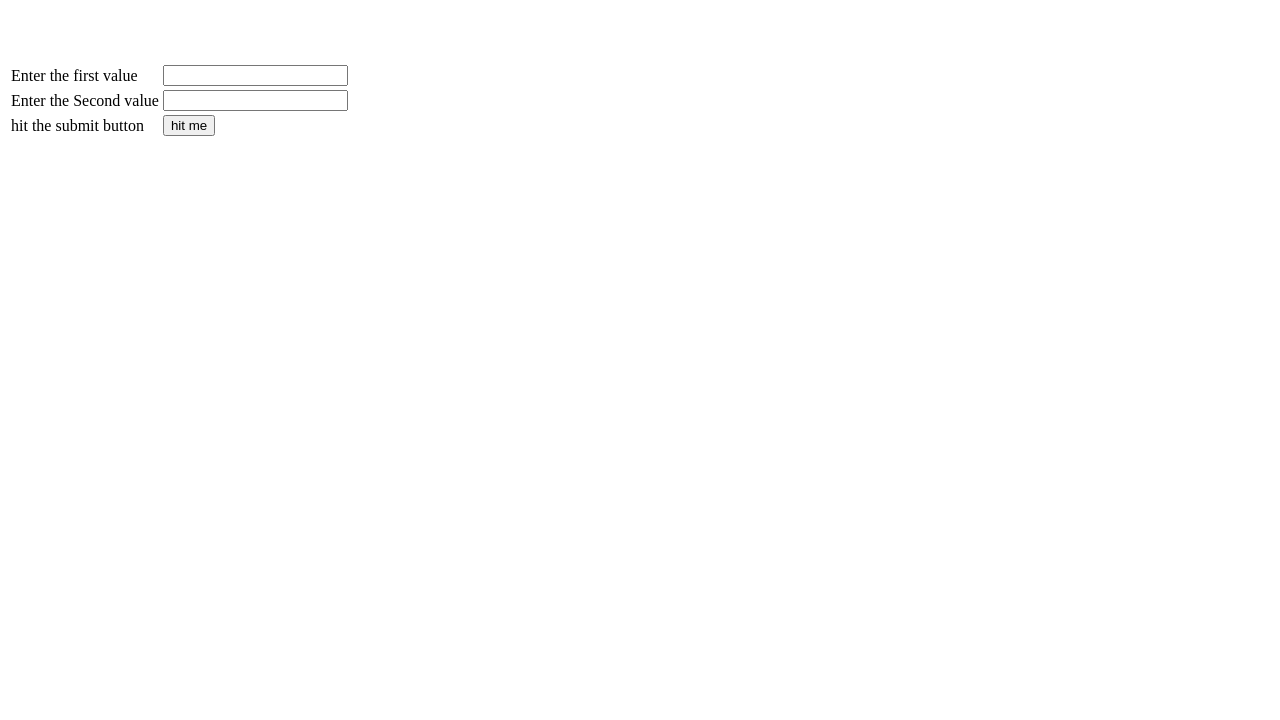
Repository: dhanasekar13/servlet
Page: mystore/war/login.html
The author's editor kept a copy of each file at every save. The page is drawn from the files as they stood at one save, then again after the next save.
The browser window is 1280 px wide. The pictures show the whole page.

Above is the page before, as saved 2017-05-08 19:00:31.

After the next save:
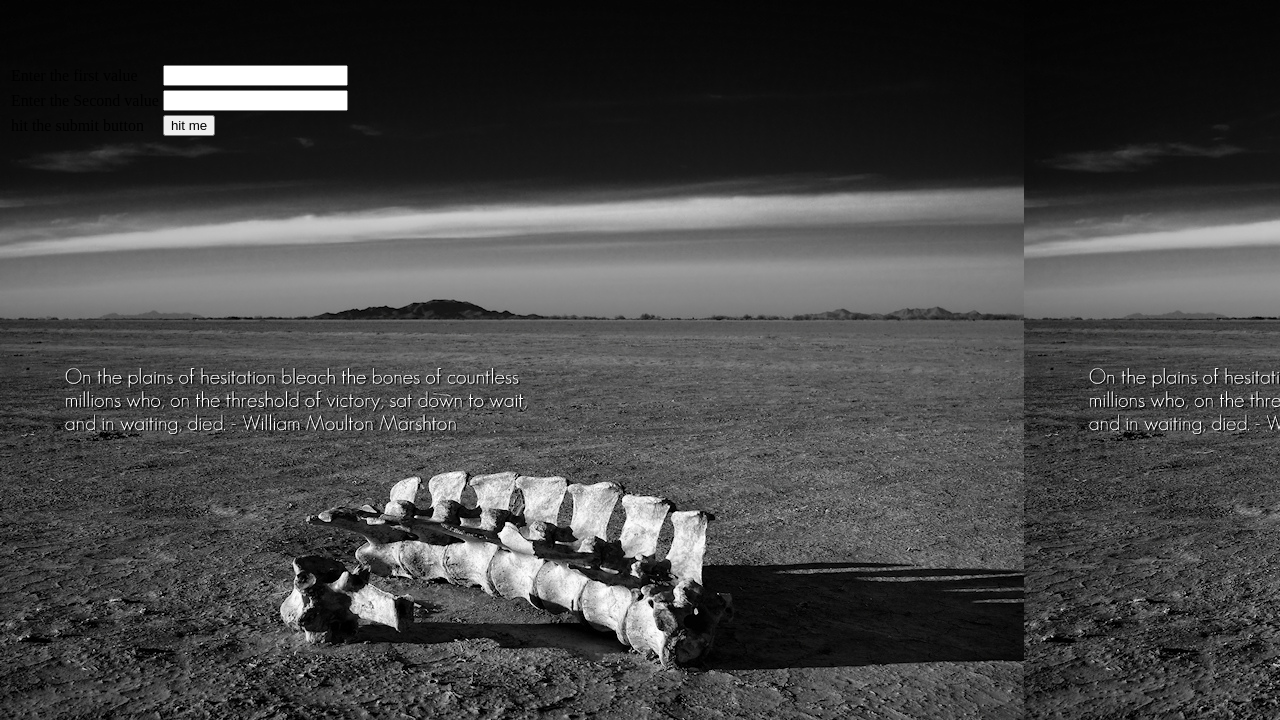
Saved 115 s later.
--- a/mystore/war/login.html
+++ b/mystore/war/login.html
@@ -1,6 +1,6 @@
 <html>
 <head><base target="_self"></head>
-<body>
+<body background="b.jpg">
 <br>
 <br>
 
